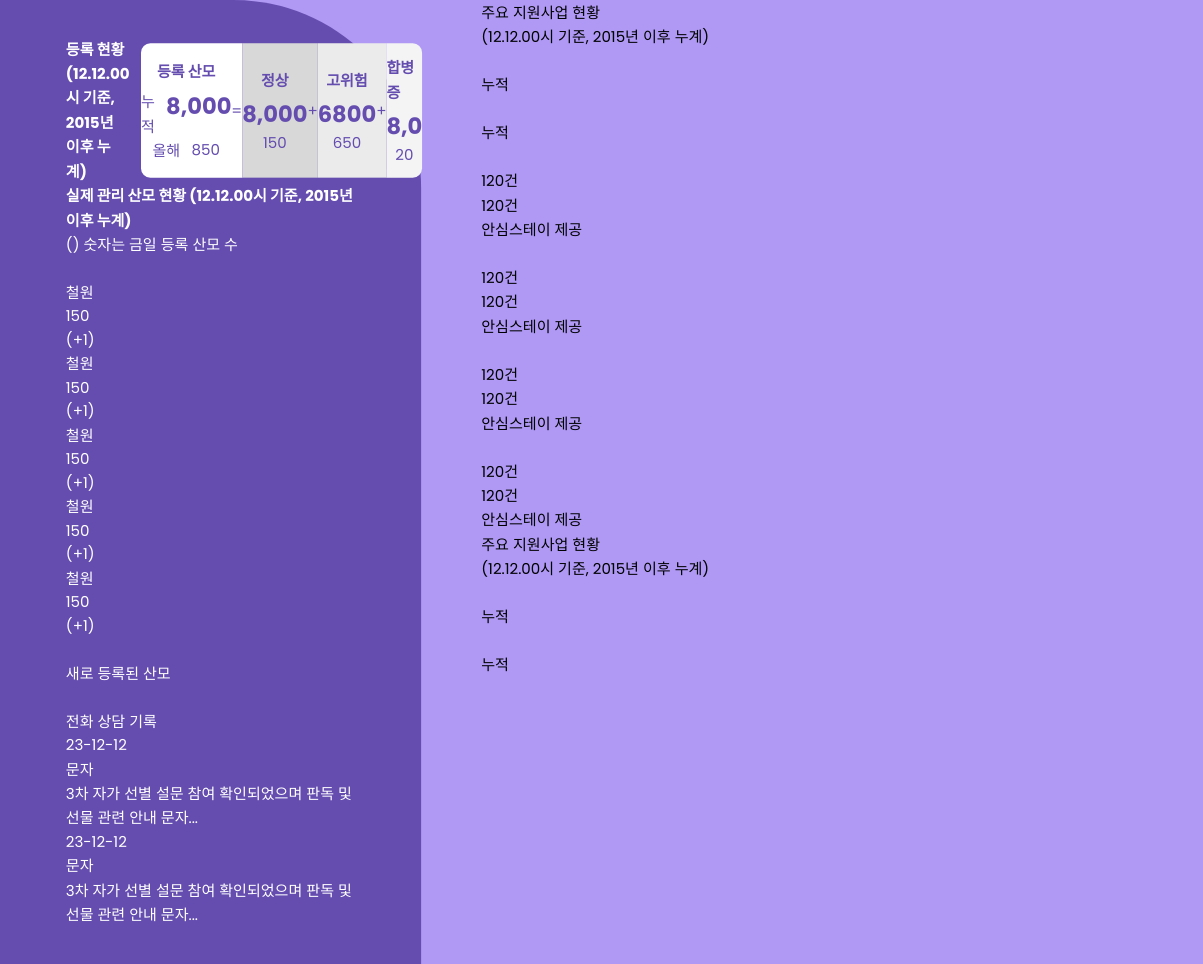
Repository: giapchicuong/Perganancy_Web
Page: index.html
An editor plug-in stored every save of this project. The page is shown before and after the next save, followed by the edit.
The browser window is 1280 px wide. The pictures show the whole page, at 94% of full size.

Above is the page before, as saved 2024-03-06 13:58:30.

After the next save:
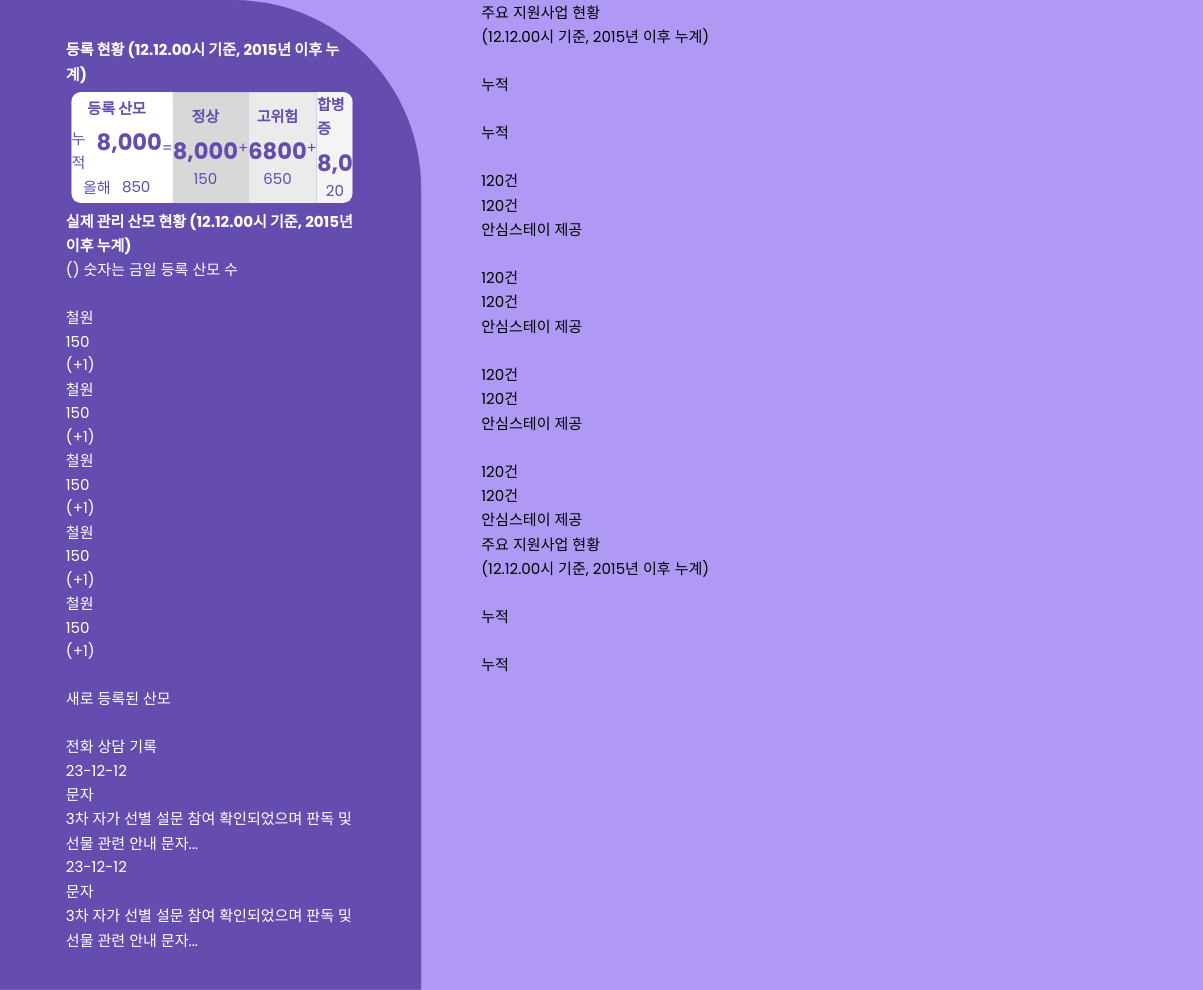
Saved 28 s later.
--- a/assets/style.css
+++ b/assets/style.css
@@ -17,6 +17,7 @@
 }
 .advertising-left--top{
     display: flex;
+    flex-direction: column;
     gap: 2%;
 }
 .advertising-left__title{
@@ -31,7 +32,6 @@
 .advertising-left__item1{
     display: flex;
     flex-grow: 6;
-    /* flex-direction: column; */
     justify-content: center;
     align-items: center;
     width: 50%;
